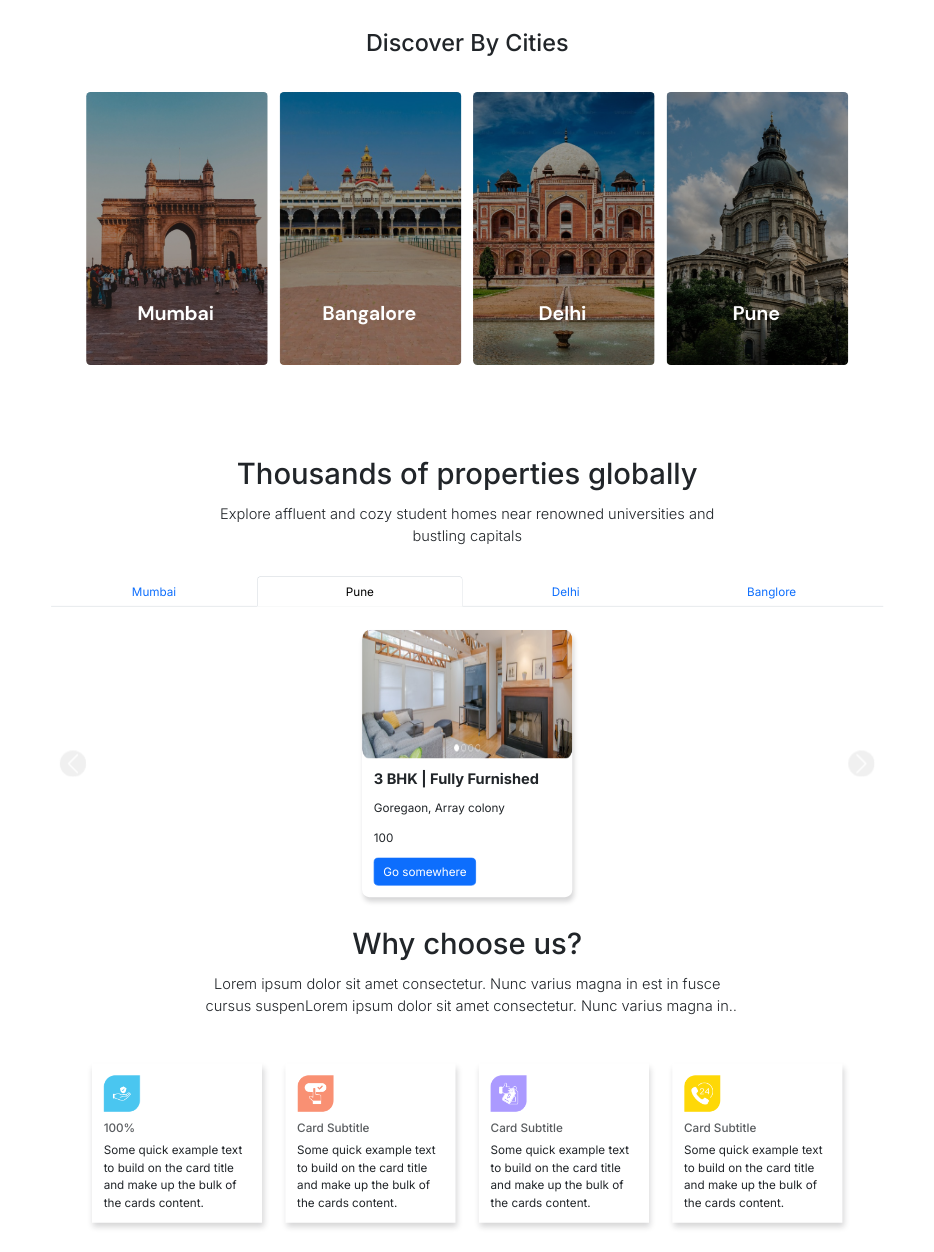
Repository: suyashagrahari/assignment
Page: /
These files come from the project's save history. The page is drawn as it stood at one moment and after the next save; the edit follows.
The browser window is 1280 px wide. The pictures show the whole page, at 73% of full size.
The project was rebuilt for these pictures with package versions that can differ from the ones it lists, and the page was loaded fresh each time. The framework's server and built-in components were replaced by stand-ins that run in the browser. Also part of the build but not shown: next.config.mjs, src/app/page.module.css, src/components/Headline.jsx.

Above is the page before, as saved 2024-03-27 16:31:18.

After the next save:
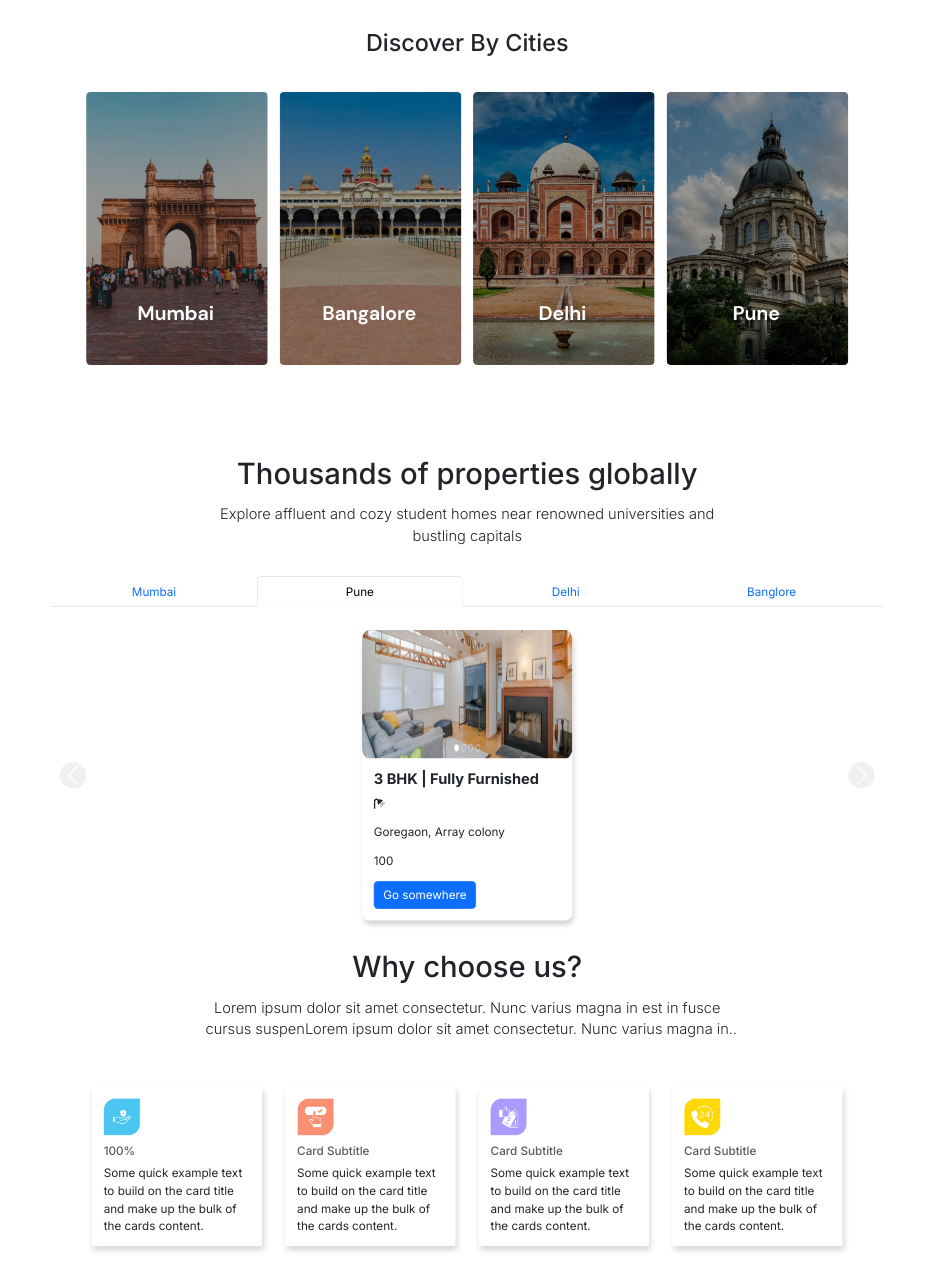
Saved 103 s later.
--- a/src/components/Carousal.jsx
+++ b/src/components/Carousal.jsx
@@ -4,7 +4,7 @@ import Button from "react-bootstrap/Button";
 import Card from "react-bootstrap/Card";
 import Img from "../../public/image/Img-1.png";
 import Image from "next/image";
-
+import { FaShower } from "react-icons/fa";
 const recipes = [
   {
     size: "2 BHK",
@@ -65,6 +65,7 @@ const MyCarousel = () => {
                     <Card.Title className="fw-bold">
                       {item.size} | {item.name}
                     </Card.Title>
+                    <FaShower />
                     <Card.Text className="mt-3">{item.location}</Card.Text>
                     <Card.Text className="mb-3">{item.price}</Card.Text>
                     <Button variant="primary">Go somewhere</Button>
